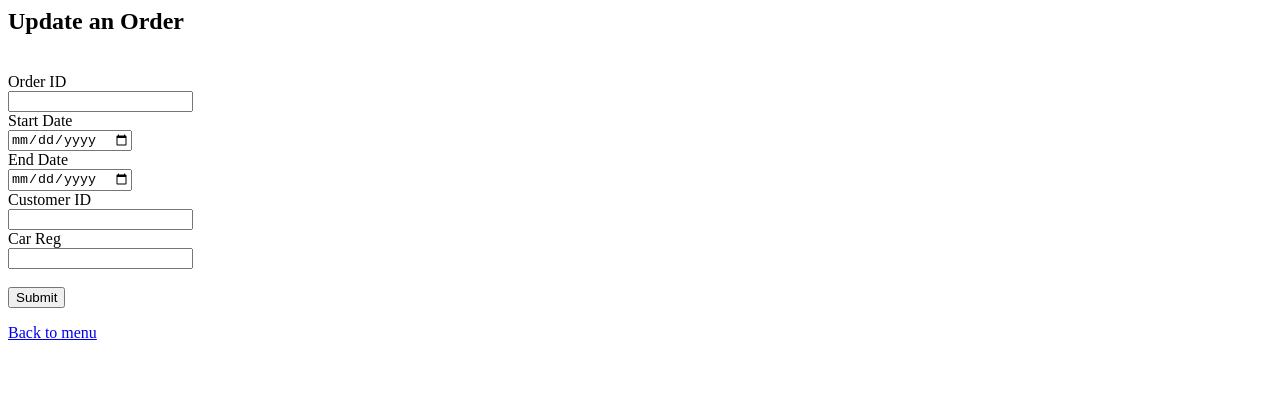
Repository: BrianD147/4th-Year-Project-Distributed-Systems
Page: http://localhost/REST/updateOrder.jsp
These files come from the project's save history. The page is drawn as it stood at one moment and after the next save; the edit follows.
The browser window is 1280 px wide. The pictures show the whole page.
The page is served by Tomcat 9.

Above is the page before, as saved 2018-12-10 14:28:38.

After the next save:
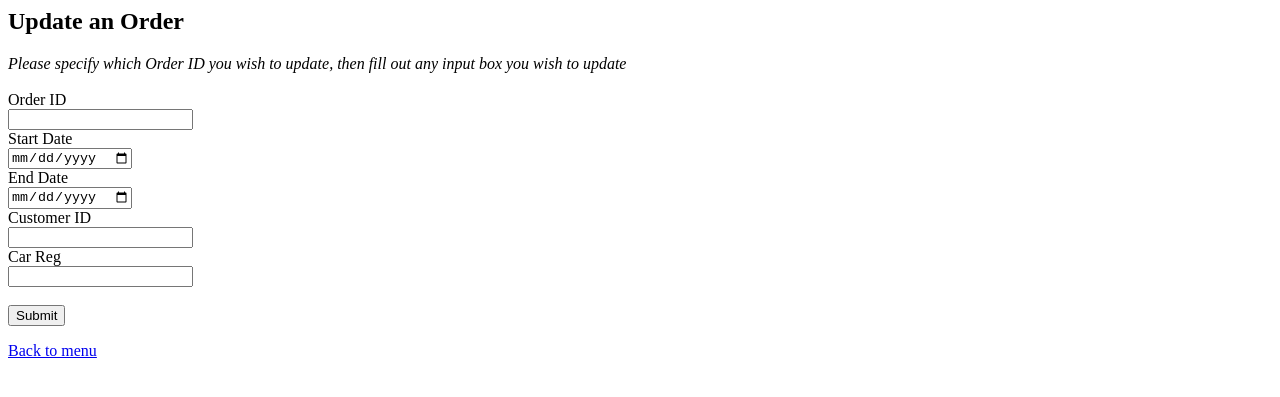
Saved 42 s later.
--- a/REST/src/main/webapp/updateOrder.jsp
+++ b/REST/src/main/webapp/updateOrder.jsp
@@ -1,6 +1,7 @@
 <html>
 <body>
     <h2>Update an Order</h2>
+    <i>Please specify which Order ID you wish to update, then fill out any input box you wish to update</i>
     <form action="webapi/myresource/update" method="post">
     	<br/> Order ID <br/>
     	<input type="number" name="orderID">
